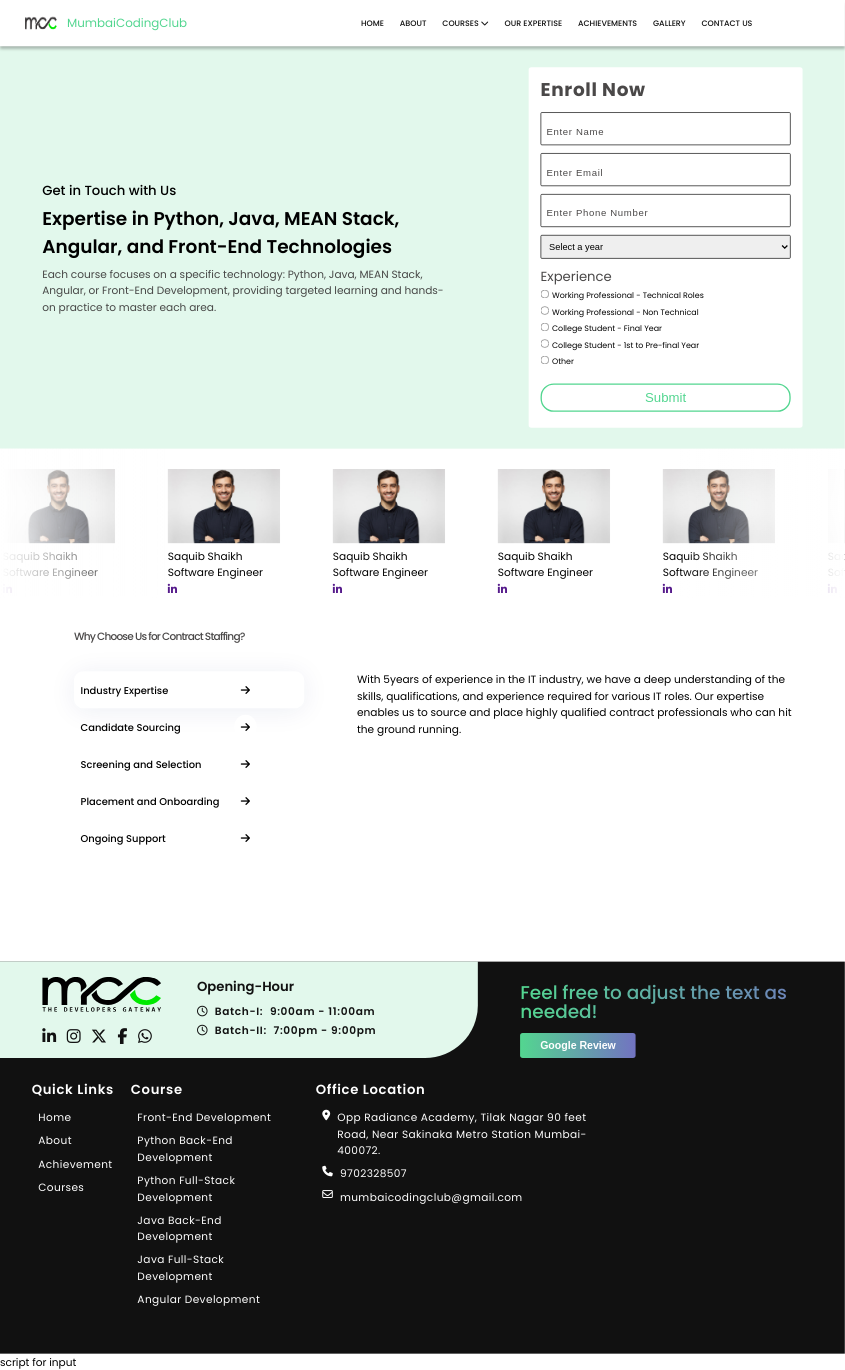
Repository: msmsa2001/mcc-theme
Page: contact.html
The author's editor kept a copy of each file at every save. The page is drawn from the files as they stood at one save, then again after the next save.
The browser window is 1280 px wide. The pictures show the whole page, at 66% of full size.
Pictures or frames that could not be fetched are drawn as grey boxes.

Above is the page before, as saved 2024-07-26 02:52:30.
Console error: TypeError: Cannot read properties of null (reading 'querySelector')

After the next save:
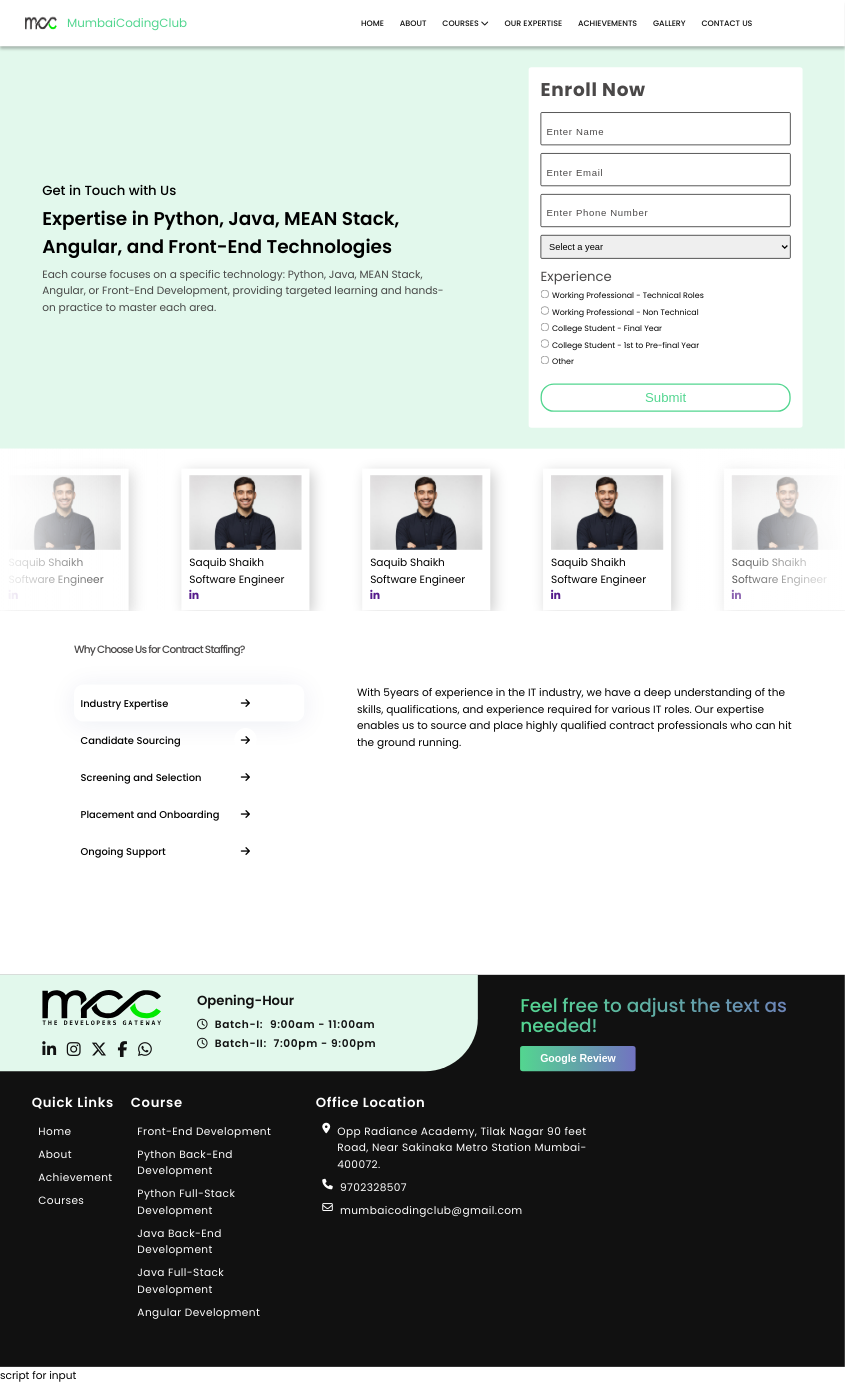
Saved 19 s later.
--- a/contact.css
+++ b/contact.css
@@ -110,7 +110,7 @@
     grid-template-columns: repeat(auto-fit, minmax(170px, 1fr));
 }
 
-.logos .logos-slide .card{
+.logos .logos-slide .card1{
     background: #fff;
     box-shadow: 5px 5px 20px rgba(0, 0, 0, 0.2);
     padding: 10px 12px;

After the save that followed:
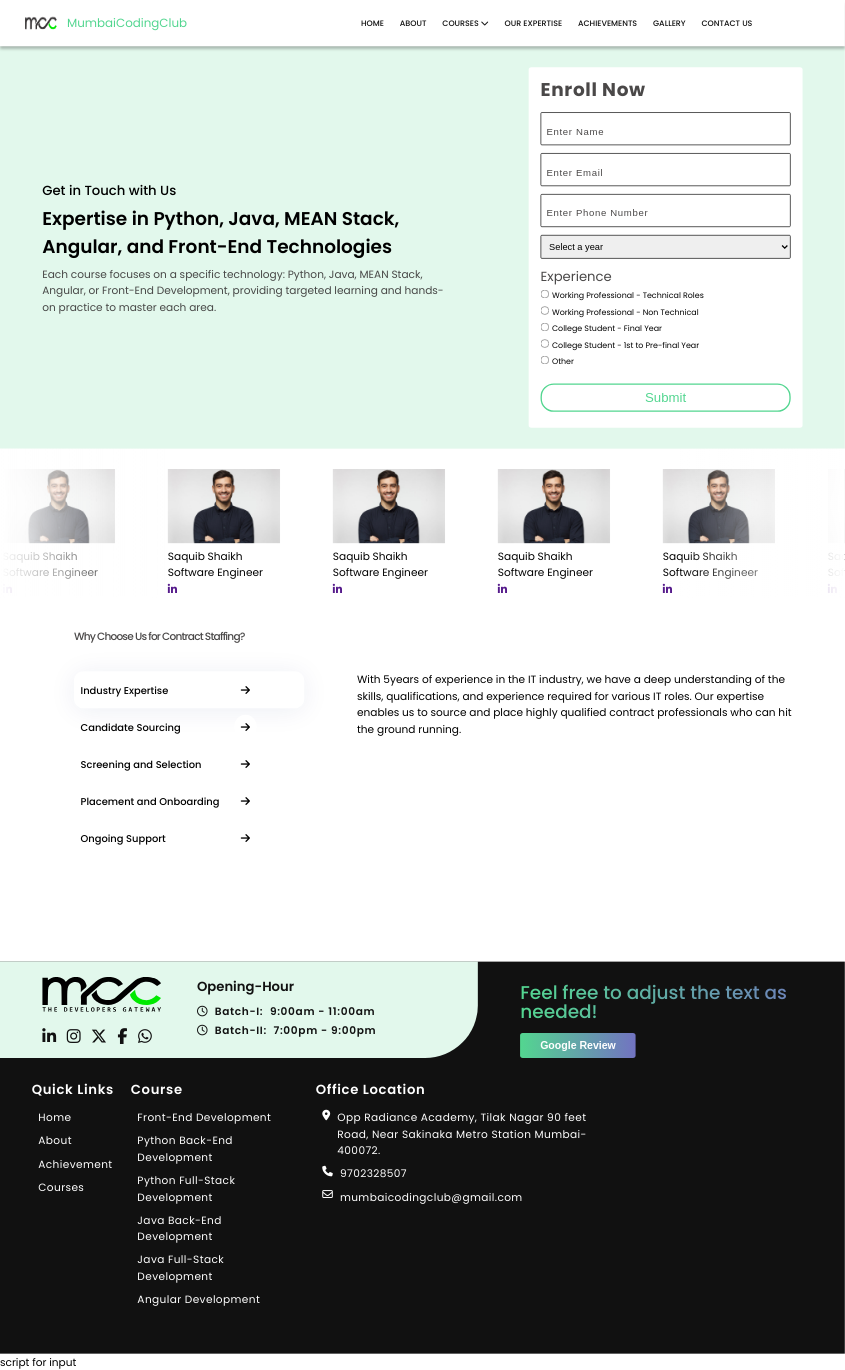
Saved 5 min 17 s later.
--- a/contact.css
+++ b/contact.css
@@ -110,10 +110,10 @@
     grid-template-columns: repeat(auto-fit, minmax(170px, 1fr));
 }
 
-.logos .logos-slide .card1{
+.logos .logos-slide .card{
     background: #fff;
     box-shadow: 5px 5px 20px rgba(0, 0, 0, 0.2);
-    padding: 10px 12px;
+    padding: 10px;
 }
 .logos:before,
 .logos:after {
